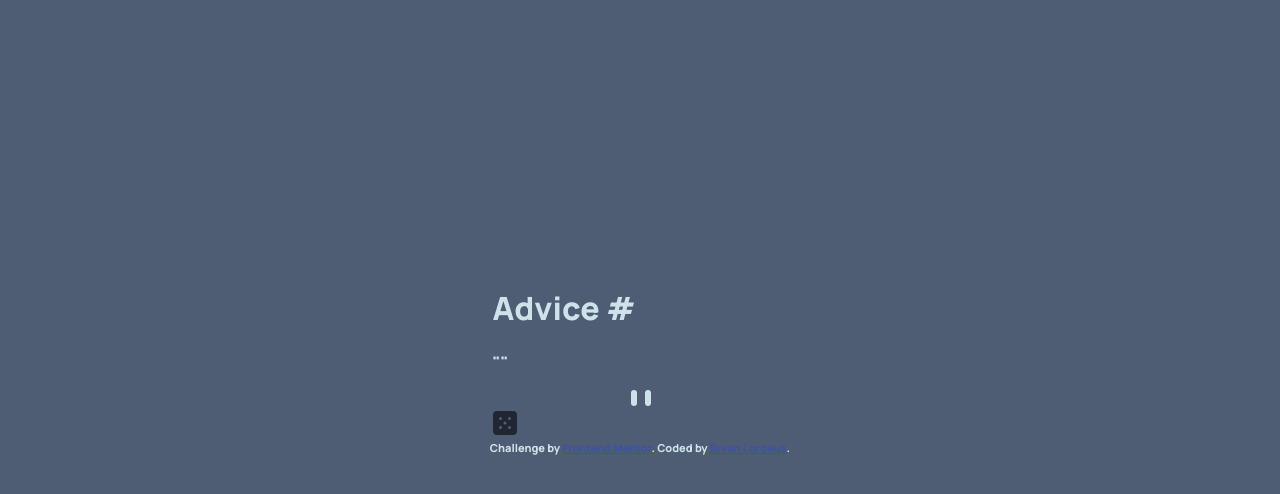
Repository: blordeus/advice-generator-app-main
Page: index.html
These files come from the project's save history. The page is drawn as it stood at one moment and after a run of saves; the edit follows.
The browser window is 1280 px wide. The pictures show the whole page.

Above is the page before, as saved 2023-08-22 22:16:13.

After the next 2 saves:
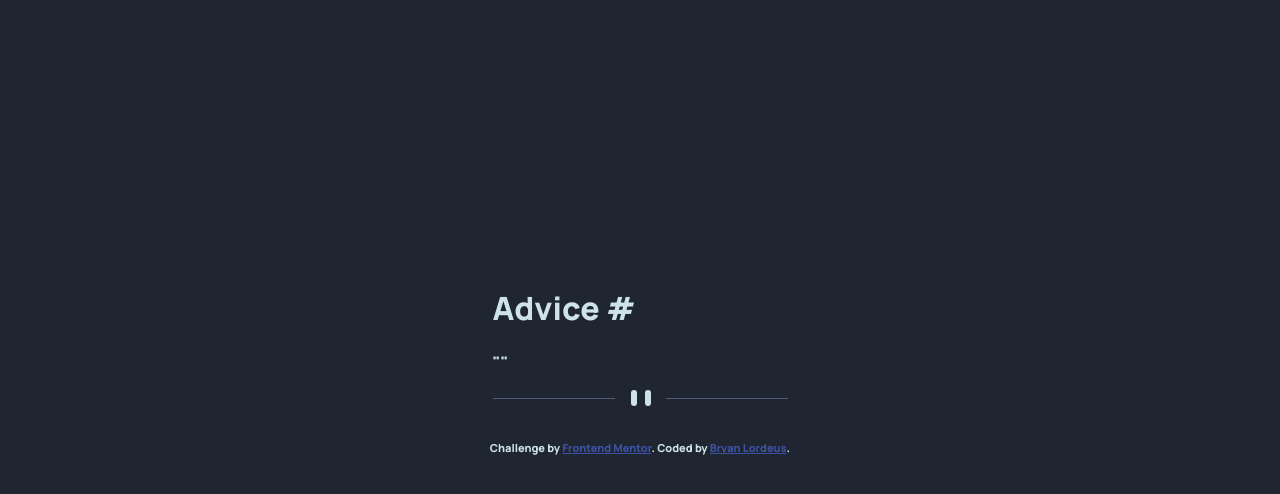
The 2 saves are shown as one change because they came seconds apart.
The last was saved 11 s later.
--- a/style.css
+++ b/style.css
@@ -10,7 +10,7 @@
 
 body{
     font-family: 'Manrope', sans-serif;
-    background-color: var(--Grayish-Blue);
+    background-color: var(--Dark-Blue);
     color: var(--Light-Cyan);
     display: flex;
     flex-direction: column;
